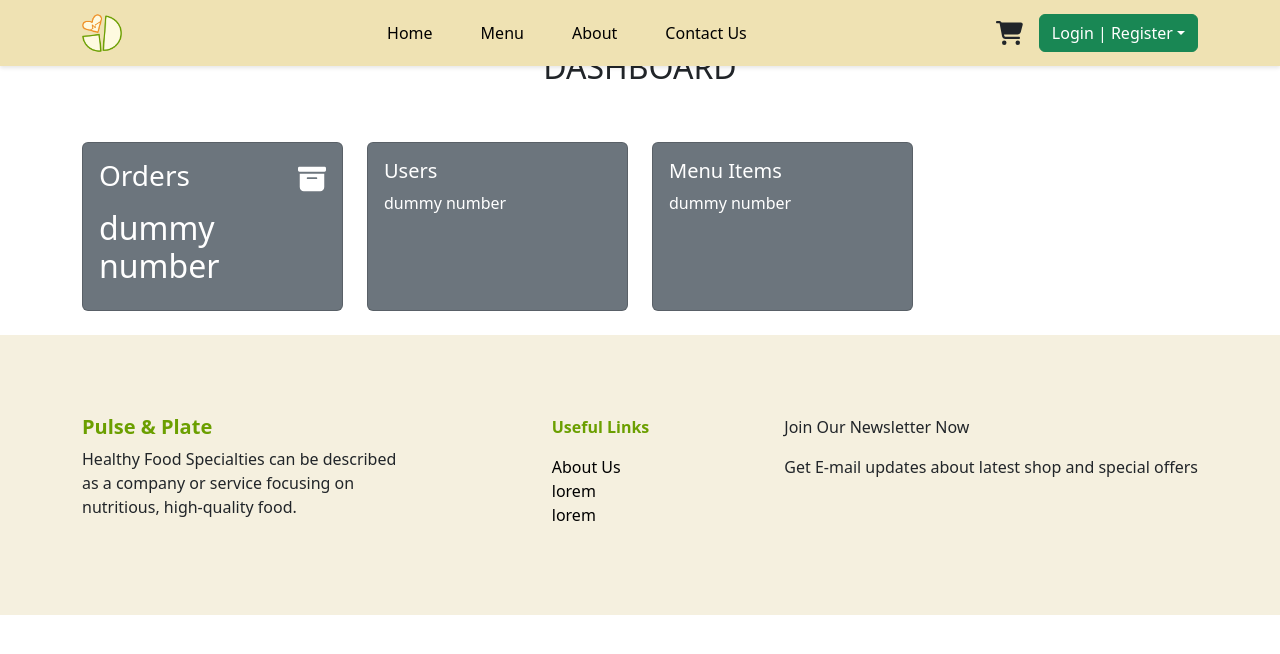
Repository: zeinawady/Pulse-and-Plate
Page: /dashboard
An editor plug-in stored every save of this project. The page is shown before and after a run of saves, followed by the edit.
The browser window is 1280 px wide. The pictures show the whole page.
The project was rebuilt for these pictures with package versions that can differ from the ones it lists, and the page was loaded fresh each time. Also part of the build but not shown: src/components/Main/Main.css, src/components/Main/Main.js, src/components/Menu/MealCard.css, src/components/Menu/MealCard.js, src/components/Menu/Categories.css, src/components/Menu/Categories.js, src/components/Menu/Menu.css, src/components/Menu/Menu.js and 21 more.

Above is the page before, as saved 2025-05-15 18:52:32.

### public/index.html
<!DOCTYPE html>
<html lang="en">
  <head>
    <meta charset="utf-8" />
    <link rel="icon" href="%PUBLIC_URL%/images/logo-trans.png" />
    <meta name="viewport" content="width=device-width, initial-scale=1" />
    <meta name="theme-color" content="#000000" />
    <meta
      name="description"
      content="Web site created using create-react-app"
    />
    <link rel="apple-touch-icon" href="%PUBLIC_URL%/images/logo-trans.png" />
    <!--
      manifest.json provides metadata used when your web app is installed on a
      user's mobile device or desktop. See https://developers.google.com/web/fundamentals/web-app-manifest/
    -->
    <link rel="manifest" href="%PUBLIC_URL%/manifest.json" />
    <!--
      Notice the use of %PUBLIC_URL% in the tags above.
      It will be replaced with the URL of the `public` folder during the build.
      Only files inside the `public` folder can be referenced from the HTML.

      Unlike "/favicon.ico" or "favicon.ico", "%PUBLIC_URL%/favicon.ico" will
      work correctly both with client-side routing and a non-root public URL.
      Learn how to configure a non-root public URL by running `npm run build`.
    -->
    <title>Pulse And Plate</title>
  </head>
  <body>
    <noscript>You need to enable JavaScript to run this app.</noscript>
    <div id="root"></div>
    <!--
      This HTML file is a template.
      If you open it directly in the browser, you will see an empty page.

      You can add webfonts, meta tags, or analytics to this file.
      The build step will place the bundled scripts into the <body> tag.

      To begin the development, run `npm start` or `yarn start`.
      To create a production bundle, use `npm run build` or `yarn build`.
    -->
  </body>
</html>

### src/index.js
import React from 'react';
import ReactDOM from 'react-dom/client';
import './index.css';
import App from './App';
import reportWebVitals from './reportWebVitals';
import 'bootstrap/dist/css/bootstrap.min.css';
import '@fortawesome/fontawesome-free/css/all.min.css';
import 'bootstrap/dist/css/bootstrap.min.css';
import './fontAwesome';
import { BrowserRouter } from 'react-router-dom';

const root = ReactDOM.createRoot(document.getElementById('root'));
root.render(
  <React.StrictMode>
    <BrowserRouter>
      <App />
    </BrowserRouter>
  </React.StrictMode>
);

// If you want to start measuring performance in your app, pass a function
// to log results (for example: reportWebVitals(console.log))
// or send to an analytics endpoint. Learn more: https://bit.ly/CRA-vitals
reportWebVitals();

### src/App.js
import React from "react";
import "./App.css";
import Home from "./components/Home/Home";
import Footer from "./components/Footer/Footer";
import { Routes, Route } from "react-router-dom";

import Header from "./components/Header/Header";
import About from "./components/About/About";
import Menu from "./components/Menu/Menu";
import ContactUs from "./components/ContactUs/ContactUs";
import Login from "./components/Login/Login";
import SignUp from "./components/SignUp/SignUp";
import UserProfile from "./components/UserProfile/UserProfile";
import { UserProvider } from "./UserContext";
import ProductInfo from "./components/ProductInfo/ProductInfo";
import PaymentPage from "./components/PaymentPage/PaymentPage";
import AdminProfile from "./components/AdminProfile/AdminProfile";
import Dashboard from "./components/Dashboard/Dashboard";

function App() {
  return (
    <UserProvider>
      <div>
        <Header />
        <Routes>
          <Route path="/" element={<Home />} />
          <Route path="/home" element={<Home />} />
          <Route path="/about" element={<About />} />
          <Route path="/menu" element={<Menu />} />
          <Route path="/category" element={<Menu />} />
          <Route path="/login" element={<Login />} />
          <Route path="/register" element={<SignUp />} />
          <Route path="/userAccount" element={<UserProfile />} />
          <Route path="/contactus" element={<ContactUs />} />
          <Route path="/product-info" element={<ProductInfo />} />
          <Route path="/PaymentPage" element={<PaymentPage />} />
          <Route path="/admin-profile" element={<AdminProfile />} />
          <Route path="/dashboard" element={<Dashboard />} />
        </Routes>

        <Footer />
      </div>
    </UserProvider>
  );
}

export default App;

### src/fontAwesome.js
// src/fontAwesome.js
import { library } from '@fortawesome/fontawesome-svg-core';
import {
    faUser,
    faCartShopping,
    faHome,
    faEnvelope,
    faSearch,
    faConciergeBell,
     faPercent,
     faTruckFast,
     faCarrot,
    // Add any other icons you need here
} from '@fortawesome/free-solid-svg-icons';

// Add icons to the library
library.add(
    faUser,
    faCartShopping,
    faHome,
    faEnvelope,
    faSearch,
    faConciergeBell,
    faPercent,
    faTruckFast,
    faCarrot,

    // Add any other icons you need here
);

### src/App.css
@font-face {
  font-family: "Lato";
  src: url("../public/Fonts/Lato/Lato-Black.ttf") format("truetype");
}

:root {
  --primary-color: #6b9f00;
  --secondary-color: #ef9025;
  --light-color: hsl(47, 66%, 82%);
  --text-color: #000000;
  --font-family: "Lato", sans-serif;
  --sections-padding: 5rem;
}

body {
  margin: 0;
  padding: 0;
  border: none !important;
  outline: none !important;
  font-family: var(--font-family);
  font-weight: 500;
  -webkit-font-smoothing: antialiased;
  -moz-osx-font-smoothing: grayscale;
  background-color: #eee;

}
a{
  text-decoration: none;
}

### src/components/Footer/Footer.js
import "../../App";

import "./Footer.css";
import { Container } from "react-bootstrap";
import Button from "react-bootstrap/Button";
import { FontAwesomeIcon } from "@fortawesome/react-fontawesome";


export default function Footer() {
    return (
        <footer>
            <Container fluid="md">
            <div className="wrapper-footer">
                <div className="info">
                    <h5>Pulse & Plate</h5>
                    <p>Healthy Food Specialties can be described as a company or service focusing on nutritious, high-quality food. </p>
                </div>
                <div className="links">
                    <p >Useful Links</p>
                    <a href="#">About Us</a>
                    <a href="#">lorem</a>
                    <a href="#">lorem</a>
                </div>
                <div>
                    <p>Join Our Newsletter Now </p>
                    <p>Get E-mail updates about latest shop and special offers </p>
                </div>
            </div>
            </Container>
        </footer>
    );
}

### src/components/Header/Header.js
import React from 'react';
import './Header.css';
import '../../App';
import { Link, NavLink, useNavigate } from 'react-router-dom';
import { useUser } from "../../UserContext";

// React Bootstrap
import Container from 'react-bootstrap/Container';
import Nav from 'react-bootstrap/Nav';
import Navbar from 'react-bootstrap/Navbar';
import Dropdown from 'react-bootstrap/Dropdown';

// Font Awesome
import { FontAwesomeIcon } from '@fortawesome/react-fontawesome';
import { faCartShopping } from '@fortawesome/free-solid-svg-icons';

export default function Header() {
    const { user, setUser } = useUser();
    const navigate = useNavigate();

    const handleLogout = () => {
        navigate('/login');
        localStorage.removeItem("user");
        localStorage.removeItem("token");
        setUser(null);
    };

    return (
        <Navbar expand="md" className="fixed-top">
            <Container fluid="md">
                <Navbar.Brand as={Link} to="/home">
                    <img
                        src="/images/logo-trans.png"
                        width="40"
                        height="40"
                        className="d-inline-block align-top"
                        alt="React Bootstrap logo"
                    />
                </Navbar.Brand>

                <Navbar.Toggle aria-controls="basic-navbar-nav" />
                <Navbar.Collapse id="basic-navbar-nav">
                    <Nav className="me-auto ms-auto">
                        <Nav.Link as={NavLink} to="/home">Home</Nav.Link>
                        <Nav.Link as={NavLink} to="/menu">Menu</Nav.Link>
                        <Nav.Link as={NavLink} to="/about">About</Nav.Link>
                        <Nav.Link as={NavLink} to="/contactus">Contact Us</Nav.Link>
                    </Nav>

                    <div className="icons d-flex align-items-center gap-3">
                        <FontAwesomeIcon icon={faCartShopping} size="lg" />

                        <Dropdown align="end">
                            <Dropdown.Toggle variant="success" id="dropdown-user">
                                {user?.name ? user.name.split(" ")[0] : "Login | Register"}
                            </Dropdown.Toggle>

                            <Dropdown.Menu>
                                {user?.name ? (
                                    <>
                                        <Dropdown.Item as={Link} to="/userAccount">Profile</Dropdown.Item>
                                        <Dropdown.Item onClick={handleLogout}>Logout</Dropdown.Item>
                                    </>
                                ) : (
                                    <>
                                        <Dropdown.Item as={Link} to="/login">Login</Dropdown.Item>
                                        <Dropdown.Item as={Link} to="/register">Register</Dropdown.Item>
                                    </>
                                )}
                            </Dropdown.Menu>
                        </Dropdown>
                    </div>
                </Navbar.Collapse>
            </Container>
        </Navbar>
    );
}

### src/UserContext.jsx
import { createContext, useContext, useState } from 'react';

const UserContext = createContext();

export function UserProvider({ children }) {
  const [user, setUser] = useState(() => {
    const stored = localStorage.getItem('user');
    return stored ? JSON.parse(stored) : null;
  });

  const updateUser = (updatedUser) => {
    localStorage.setItem('user', JSON.stringify(updatedUser));
    setUser(updatedUser);
  };

  return (
    <UserContext.Provider value={{ user, setUser: updateUser }}>
      {children}
    </UserContext.Provider>
  );
}

export function useUser() {
    return useContext(UserContext);
}

### src/components/Dashboard/Dashboard.js
import React from "react";
import "../../App";
import "./Dashboard.css";
import { BsFillArchiveFill } from "react-icons/bs";
export default function Dashboard() {
  return (
    <div className="main-container container">
      <h2 className="text-center p-5">DASHBOARD</h2>

      <div className="row g-4 mb-4">

        <div className="col-md-3 col-sm-6">
          <div className="card text-white bg-secondary h-100">
            <div className="card-body">
              <div className="card-inner">
                <div className="card-title d-flex justify-content-between">
                  <h3>Orders</h3>
                  <h3 className="card_icon ">
                    <BsFillArchiveFill />
                  </h3>
                </div>
                  <h2>dummy number</h2>
              </div>
            </div>
          </div>
        </div>
        <div className="col-md-3 col-sm-6">
          <div className="card text-white bg-secondary h-100">
            <div className="card-body">
              <h5 className="card-title">Users</h5>
              <p className="card-text">dummy number</p>
            </div>
          </div>
        </div>

        <div className="col-md-3 col-sm-6">
          <div className="card text-white bg-secondary h-100">
            <div className="card-body">
              <h5 className="card-title">Menu Items</h5>
              <p className="card-text">dummy number</p>
            </div>
          </div>
        </div>
      </div>
    </div>
  );
}

### src/components/Footer/Footer.css
footer{
    background-color: hsla(47, 53%, 90%, 0.822);
    padding-block-start: var(--sections-padding);
    padding-block-end: var(--sections-padding);
}
.wrapper-footer{
    display: flex;
    justify-content: space-between;

}
.wrapper-footer .info{
  width: 30%;

}
.wrapper-footer .info h5{
    color: var(--primary-color);
    font-weight: 700;
}
.links>p:first-child{
font-weight: 700;
color: var(--primary-color);

}
.links{
    display: flex;
    flex-direction: column;
}
.links a{
    text-decoration: none;
    color: var(--text-color);
}
@media (max-width: 767px) {
    .wrapper-footer{
       flex-direction: column;
    }
    .wrapper-footer .info{
        width: 100%;
      }

}

### src/components/Header/Header.css
.navbar {
    box-shadow: 0 2px 4px rgba(0, 0, 0, 0.1);
    /* background-color: rgba(254, 250, 225, 0.3);
     */
     background-color: var(--light-color);
     z-index: 100;
}

.navbar-nav .nav-link,
.dropdown-menu .dropdown-item {
    color: var(--text-color);
}


/* * --> all children */
.navbar .nav-link {
    padding: 0 1.5rem !important;
    text-align: center;
}

@media (max-width: 767px) {
    .navbar .nav-link {
        padding: 0.5rem 0 !important;
    }

    .icons>svg {
        padding-top: 0.5rem;
        margin: auto;
        font-size: 1.25rem;
    }
}

.icons {
    display: flex;
    gap: 1.5rem;
}

.icons svg {
    font-size: 1.5rem;
}

.navbar-toggler {
    border: none !important;
}

.navbar-toggler:focus {
    box-shadow: none !important;
}

@media (max-width: 767px) {

    /* .navbar .dropdown-menu {
                position: absolute !important;
                top: 80% !important;
                left: 35% !important;
                background-color: var(--light-color);
                right: 0;
                width: 100%;
                z-index: 1050;
            } */
    .navbar-nav {
        .dropdown-menu {
            width: 50%;
            margin: auto;
            text-align: center;
        }

        /* .dropdown-menu[data-bs-popper] {
            top: 100%;
            left: 50%;
            transform: translateX(-50%);
        } */

        /* .nav-item,
        .nav-link {
            text-align: center;
        } */
    }
}

@media (max-width: 441px) {
    .navbar-nav {
        .dropdown-menu {
            width: 35%;
        }
    }
}

### src/components/PaymentPage/PaymentPage.css
:root {
    --primary-color: #6b9f00;
    --secondary-color: #ef9025;
    --light-color: #efe2b3;
    --secondary-light-color: #FDFAE0;
    --text-color: #000000;
    --font-family: "Lato", sans-serif;
    --sections-padding: 5rem;
    --section-margin: 60px;
    /* This variable can be used or adjusted for header height */
}

body {
    margin: 0;
    padding: 0;
    border: none !important;
    outline: none !important;
    font-family: var(--font-family);
    font-weight: 500;
    -webkit-font-smoothing: antialiased;
    -moz-osx-font-smoothing: grayscale;
    background-color: #eee;
    color: var(--text-color);
}

.payment-page a {
    text-decoration: none;
    color: var(--primary-color);
}


/* Main container */
.payment-page.container {
    max-width: 960px;
    margin: 100px;
    padding: var(--sections-padding) 30px;
    background-color: var(--secondary-light-color);
    border-radius: 10px;
    box-shadow: 0 4px 15px rgba(107, 159, 0, 0.3);

}

/* Card style */
.payment-page .card {
    background: var(--light-color);
    border-radius: 12px;
    box-shadow: 0 6px 20px rgba(0, 0, 0, 0.1);
    padding: 30px;
    margin-bottom: 30px;
}

/* Card header */
.payment-page .card-header {
    font-weight: 700;
    font-size: 1.5rem;
    color: var(--primary-color);
    border-bottom: 3px solid var(--secondary-color);
    padding-bottom: 15px;
    margin-bottom: 25px;
}

/* Order Summary Items */
.payment-page .card-body>div.d-flex {
    font-size: 1.1rem;
    justify-content: space-between;
    padding: 8px 0;
    border-bottom: 1px solid var(--secondary-light-color);
}

.payment-page .card-body>hr+div {
    font-weight: 700;
    font-size: 1.25rem;
    color: var(--primary-color);
    padding-top: 10px;
}

/* Form headings */
.payment-page h4,
.payment-page h5 {
    color: var(--primary-color);
    margin-bottom: 20px;
    font-weight: 700;
}

/* Form labels */
.payment-page .form-label {
    font-weight: 600;
    color: var(--text-color);
}

/* Input fields */
.payment-page .form-control {
    border-radius: 8px;
    border: 2px solid var(--primary-color);
    padding: 10px 15px;
    font-family: var(--font-family);
    font-weight: 500;
    font-size: 1rem;
    transition: border-color 0.3s ease;
    color: var(--text-color);
    background-color: #fff;
}

.payment-page .form-control:focus {
    border-color: var(--secondary-color) !important;
    box-shadow: 0 0 8px var(--secondary-color) !important;
    outline: none;
}

/* Validation feedback */
.payment-page .is-invalid {
    border-color: #dc3545 !important;
}

.payment-page .is-invalid:focus {
    box-shadow: 0 0 8px rgba(220, 53, 69, 0.5);
}

.payment-page .invalid-feedback {
    font-size: 0.9rem;
    color: #dc3545;
    margin-top: 6px;
}

/* Radio buttons */
.payment-page .form-check-label {
    font-size: 1rem;
    color: var(--text-color);
}


.payment-page button:hover {
    background-color: var(--secondary-color);
}

/* Submit button - This existing style will override the general button style for submit buttons where properties differ */
.payment-page button[type="submit"] {
    background-color: var(--primary-color);
    /* This is fine, can be more specific if needed */
    border: none;
    color: white;
    font-weight: 700;
    /* Specific to submit */
    padding: 14px 32px;
    /* Specific to submit */
    border-radius: 8px;
    cursor: pointer;
    font-size: 1.1rem;
    /* Specific to submit */
    transition: background-color 0.3s ease;
    box-shadow: 0 5px 15px rgba(107, 159, 0, 0.2);
    /* Specific to submit */
}

.payment-page button[type="submit"]:hover {
    background-color: var(--secondary-color);
    box-shadow: 0 6px 20px rgba(239, 144, 37, 0.3);
    /* Specific to submit */
}

/* Responsive */
@media (max-width: 768px) {
    .payment-page.container {
        padding: 3rem 15px;
        margin-top: 60px;
        /* Adjusted margin for smaller screens if header is smaller or fixed differently */
    }

        .payment-page .row>div {
        margin-bottom: 25px;
    }
}

Loaded but not shown: src/index.css (common file); src/reportWebVitals.js (common file)

After the next 4 saves:
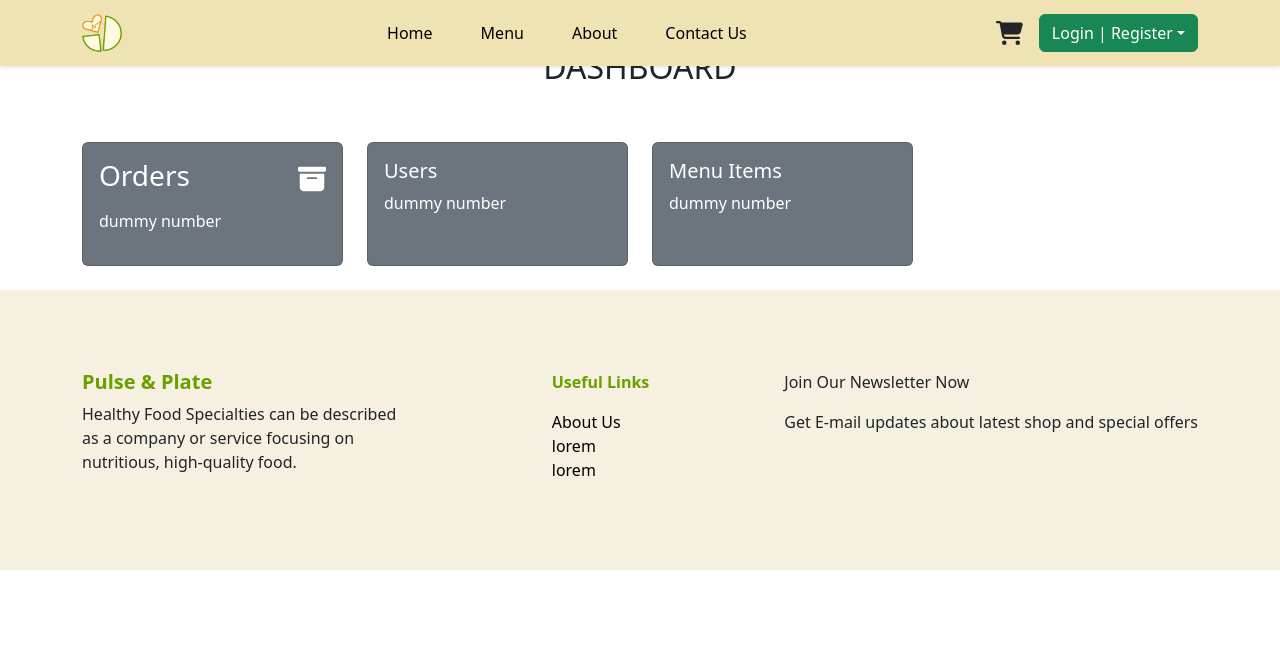
The 4 saves are shown as one change because they came seconds apart.
The last was saved 11 s later.
--- a/src/components/Dashboard/Dashboard.js
+++ b/src/components/Dashboard/Dashboard.js
@@ -19,7 +19,7 @@ export default function Dashboard() {
                     <BsFillArchiveFill />
                   </h3>
                 </div>
-                  <h2>dummy number</h2>
+                  <p >dummy number</p>
               </div>
             </div>
           </div>
